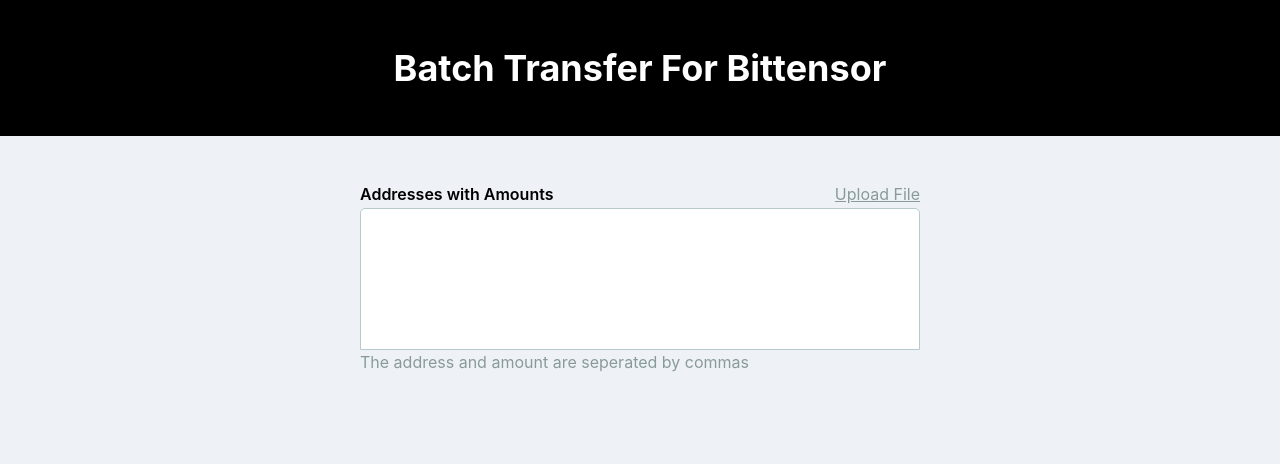
Repository: Dawid-Ace/batch_transfer_tao_master_ui
Page: /
An editor plug-in stored every save of this project. The page is shown before and after the next save, followed by the edit.
The browser window is 1280 px wide. The pictures show the whole page.
The project was rebuilt for these pictures with package versions that can differ from the ones it lists, and the page was loaded fresh each time.

Above is the page before, as saved 2023-05-10 03:53:59.

After the next save:
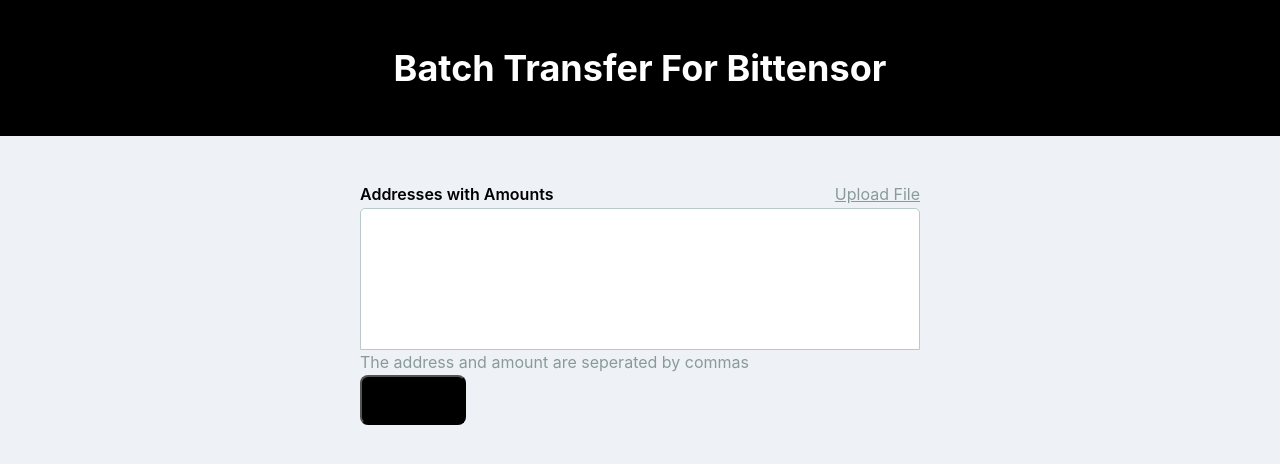
Saved 14 s later.
--- a/src/components/TransferForm/index.jsx
+++ b/src/components/TransferForm/index.jsx
@@ -152,6 +152,9 @@
         The address and amount are seperated by commas
       </Comment>
 
+      <SendButton>
+        Send
+      </SendButton>
     </FormWrapper>
   )
 }
